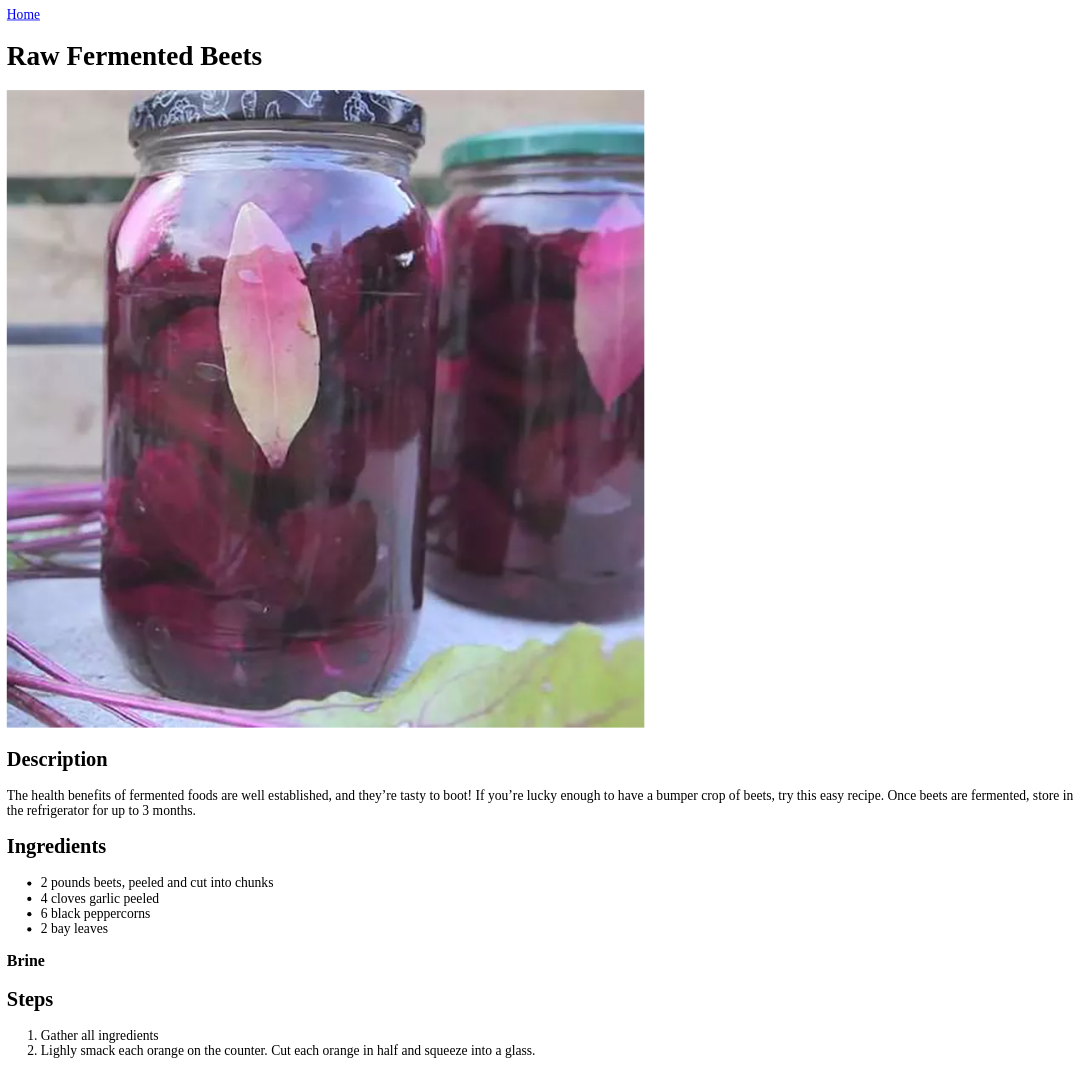
Repository: itsDevAK/odin-recipes
Page: recipes/fermented-beets.html
An editor plug-in stored every save of this project. The page is shown before and after a run of saves, followed by the edit.
The browser window is 1280 px wide. The pictures show the whole page, at 85% of full size.

Above is the page before, as saved 2026-09-17 13:25:32.

### recipes/fermented-beets.html
<!DOCTYPE html>
<html lang="en">
<head>
    <meta charset="UTF-8">
    <meta name="viewport" content="width=device-width, initial-scale=1.0">
    <title>Raw Fermented Beets</title>
</head>
<body>
    <a href="../index.html">Home</a>
    <h1>Raw Fermented Beets</h1>
    <img src="../images/fermented-beets.webp" alt="">
    <h2>Description</h2>
    <p>The health benefits of fermented foods are well established, and they’re tasty to boot! If you’re lucky enough to have a bumper crop of beets, try this easy recipe. Once beets are fermented, store in the refrigerator for up to 3 months.</p>
    <h2>Ingredients</h2>
    <ul>
        <li>2 pounds beets, peeled and cut into chunks</li>
        <li>4 cloves garlic peeled</li>
        <li>6 black peppercorns</li>
        <li>2 bay leaves</li>
    </ul>
    <h3>Brine</h3>

    <h2>Steps</h2>
    <ol>
        <li>Gather all ingredients</li>
        <li>Lighly smack each orange on the counter. Cut each orange in half and squeeze into a glass.</li>
    </ol>
</body>
</html>

After the next 2 saves:
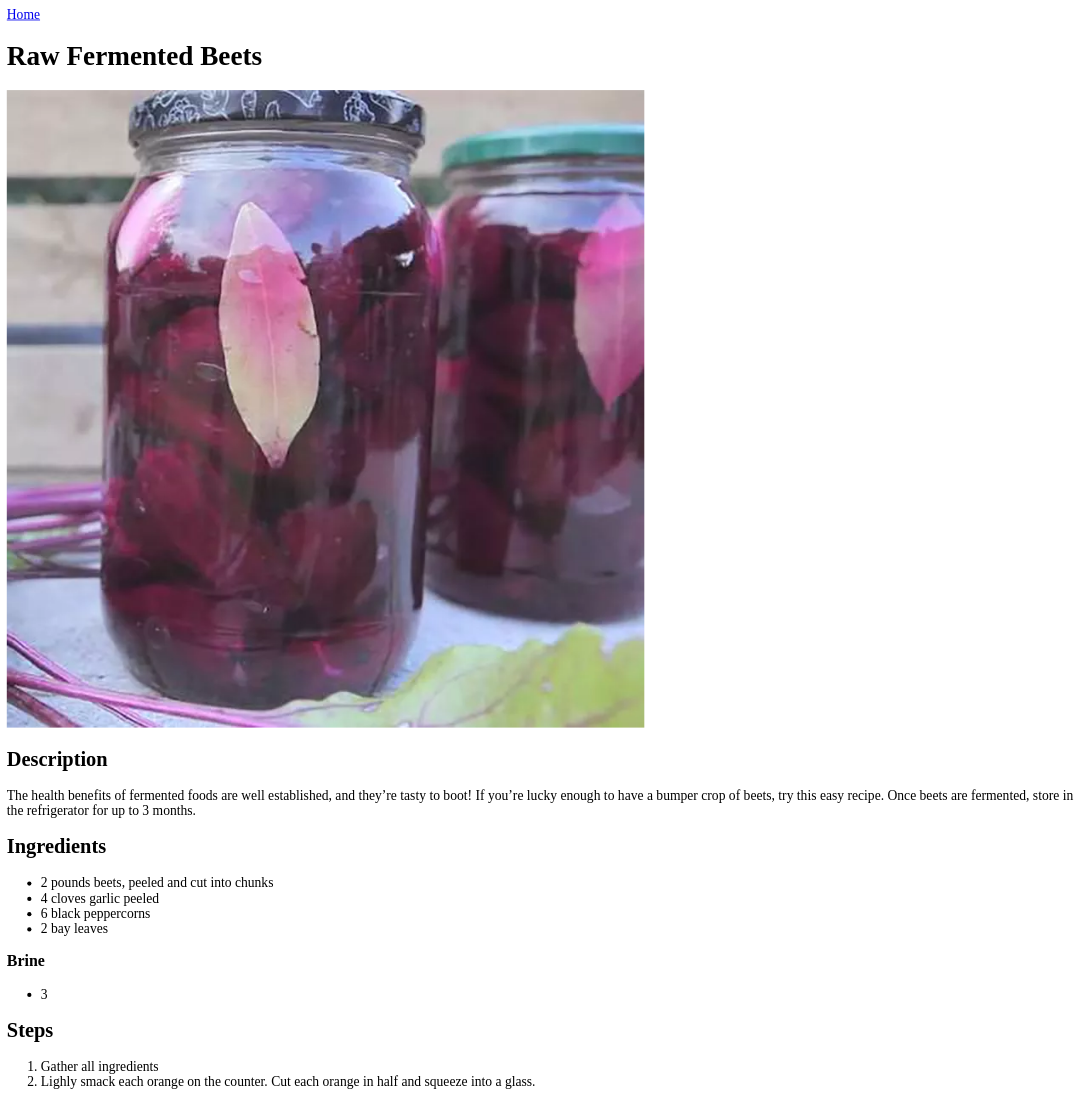
The 2 saves are shown as one change because they came seconds apart.
The last was saved 9 s later.
--- a/recipes/fermented-beets.html
+++ b/recipes/fermented-beets.html
@@ -19,7 +19,9 @@
         <li>2 bay leaves</li>
     </ul>
     <h3>Brine</h3>
-
+    <ul>
+        <li>3 </li>
+    </ul>
     <h2>Steps</h2>
     <ol>
         <li>Gather all ingredients</li>
